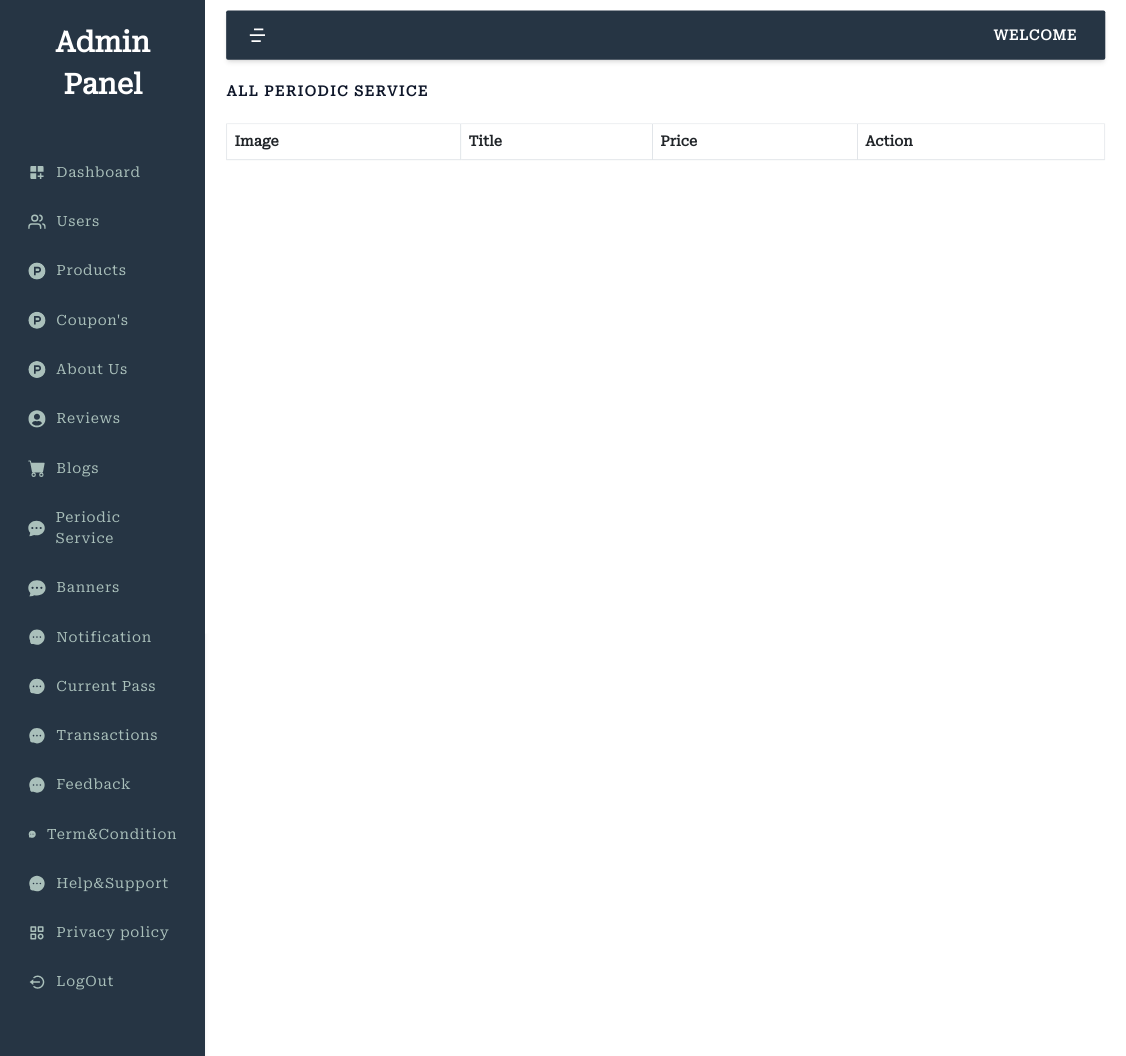
Repository: FlyweisReact/Arun-Chauhan
Page: /complaint
The author's editor kept a copy of each file at every save. The page is drawn from the files as they stood at one save, then again after the next save.
The browser window is 1280 px wide. The pictures show the whole page, at 88% of full size.
Some web libraries are served in a nearby version. The project was rebuilt for these pictures with package versions that can differ from the ones it lists, and the page was loaded fresh each time. Also part of the build but not shown: src/components/forms/Login.jsx, src/components/layout/Navbar.jsx, src/components/layout/Sidebar.jsx, src/components/layout/HOC.jsx, src/components/pages/Dashboard.jsx, src/components/vendorPanel/components/pages/Message/Message.js, src/components/pages/UserKundli/UserKundli.jsx, src/components/pages/discount/Discount.jsx and 27 more.

Above is the page before, as saved 2023-03-14 15:05:15.

### public/index.html
<!-- @format -->

<!DOCTYPE html>
<html lang="en">
  <head>
    <meta charset="utf-8" />
    <!-- <link rel="icon" href="%PUBLIC_URL%/favicon.png" /> -->
    <meta name="viewport" content="width=device-width, initial-scale=1" />
    <meta name="theme-color" content="#000000" />
    <meta
      name="description"
      content="Web site created using create-react-app"
    />
    <link rel="apple-touch-icon" href="%PUBLIC_URL%/favicon.ico?v=2" />



    <link rel="manifest" href="%PUBLIC_URL%/manifest.json" />
    <link rel="preconnect" href="https://fonts.googleapis.com">
    <link rel="preconnect" href="https://fonts.gstatic.com" crossorigin>
    <link href="https://fonts.googleapis.com/css2?family=Roboto+Serif&display=swap" rel="stylesheet">
    <title>Arun   Panel</title>
  </head>
  <body>
    <noscript>You need to enable JavaScript to run this app.</noscript>
    <div id="root"></div>
    <script src="https://code.jquery.com/jquery-3.6.0.min.js"></script>
    <script src="https://kit.fontawesome.com/b533b351e4.js" crossorigin="anonymous"></script>
  </body>
</html>

### src/index.js
import React from "react";
import ReactDOM from "react-dom/client";
import "./index.css";
import App from "./App";
import { BrowserRouter } from "react-router-dom";
import 'bootstrap/dist/css/bootstrap.min.css'

const root = ReactDOM.createRoot(document.getElementById("root"));
root.render(
  <React.StrictMode>
    <BrowserRouter>
      <App />
    </BrowserRouter>
  </React.StrictMode>
);

### src/index.css
/** @format */

@tailwind base;
@tailwind components;
@tailwind utilities;




body {
  margin: 0;
  font-family: 'Roboto Serif', serif  !important;
  -webkit-font-smoothing: antialiased;
  -moz-osx-font-smoothing: grayscale;
}

/* Wcomponents */
.wcomp::-webkit-scrollbar {
  width: 0px;
}
::-webkit-scrollbar {
  width: 0px;
}
::-webkit-scrollbar-track {
  background: #696f78;
}
/* Handle */
::-webkit-scrollbar-thumb {
  background: #b4b8bf;
}

.main-card--container {
  display: grid;
  grid-template-columns: repeat(3, minmax(300px, 500px));
  grid-gap: 50px;
  justify-content: space-around;
}
.card-container {
  margin: 25px 0 auto;
  position: relative;
  display: grid;
  grid-template-columns: 1fr;
  justify-content: space-around;
  align-items: flex-start;
}

.img-thumbnail {
  width: 80px;
}
.img-large {
  max-width: 80%;
}

.formInput {
  padding: 5px;
}

.BannerImg{
  display: grid;
  grid-template-columns: auto auto auto;
  margin: 20px;
  justify-content: space-evenly;
  text-align: center;
}
.BannerImg div{
  box-shadow: rgba(0, 0, 0, 0.35) 0px 5px 15px;
  padding: 10px;

}
.BannerImg img{
  width: 400px;
  height: 200px;
}


li{
  list-style: disc;
}
.carouselImages{
  width: 200px !important;
}
.Car{
  width: 200px !important;
}

.three-Sec{
  display: grid;
  justify-content: space-evenly;
  grid-template-columns: auto auto auto;
  text-align: center;
  color: black;

}
.three-Sec div{
  box-shadow: rgba(0, 0, 0, 0.35) 0px 5px 15px;
  margin-top: 40px;
  padding : 10px;
}
.three-Sec img{
  width: 400px;
}
.three-Sec p{
  font-size: 20px;
  font-weight: bold;
  margin: 0;
}
.three-Sec button{
  border: 1px solid #B80000;
  background-color: #ffff;
  color: #B80000;
  width: 100%;
  padding: 3px;
  margin-top: 10px;
  font-size: 20px;
  transition: 0.5s;
}

.three-Sec button:hover{
  background-color: #B80000;
  color: #ffff;
}

### src/App.js
/** @format */

import { Routes, Route } from "react-router-dom";
import Login from "./components/forms/Login";
import Dashboard from "./components/pages/Dashboard";
import { ToastContainer } from "react-toastify";
import MSG from "./components/vendorPanel/components/pages/Message/Message";
import "react-toastify/dist/ReactToastify.css";
import UserKundli from "./components/pages/UserKundli/UserKundli";
import Discount from "./components/pages/discount/Discount";
import Chat from "./components/pages/reactChat/Chat";
import Horoscope from "./components/pages/horoScope/Horoscope";
import Specification from "./components/pages/SpecificationPage/Specification";
import VendorLogin from "./components/vendorPanel/components/forms/VendorLogin";
import VendorDashboard from "./components/vendorPanel/components/pages/VendorDashboard";
import Fedd from "./components/pages/FeedBack/Fedd";
import Users from "./components/vendorPanel/components/pages/Users/Users";
import TimeSlots from "./components/pages/TimeSlots/TimeSlots";
import Documents from "./components/pages/Documents/Documents";
import Notify from "./components/pages/Notifications/Notify";
import ProductDetail from "./components/pages/FeedBack/ProductDetail";
import Product from "./components/vendorPanel/components/pages/Products/Product";
import Category from "./components/vendorPanel/components/pages/Category/Category";
import Order from "./components/vendorPanel/components/pages/Orders/Order";
import Complaint from "./components/vendorPanel/components/pages/Complaint/Complaint";
import Vendor from "./components/vendorPanel/components/pages/Vendors/Vendor";
import SubCategory from "./components/pages/Subcategory/SubCategory";
import Tour from "./components/vendorPanel/components/pages/Tour";
import Transaction from "./components/vendorPanel/components/pages/Transaction";
import Privacy from "./components/vendorPanel/components/pages/Terms/Privacy";
import Terms from "./components/vendorPanel/components/pages/Terms/Terms";
import Transactions from './components/vendorPanel/components/pages/Users/Transactions'
import CurrentPass from "./components/vendorPanel/components/pages/Users/CurrentPass";
import Offers from "./components/vendorPanel/components/pages/Users/Offers";
import FeedBack from "./components/vendorPanel/components/pages/Users/FeedBack";
import TermsCon from "./components/vendorPanel/components/pages/Users/TermsCon";
import HelpSupport from "./components/vendorPanel/components/pages/Users/HelpSupport";

function App() {
  return (
    <>
      <ToastContainer />

      <Routes>
        <Route path="/vendorLogin" element={<Login />} />
        <Route path="/dashboard" element={<Dashboard />} />
        <Route path="/userkundli" element={<UserKundli />} />
        <Route path="/discount" element={<Discount />} />
        <Route path="/horoscope" element={<Horoscope />} />
        <Route path="/specification" element={<Specification />} />


        <Route path="/chat" element={<Chat />} />
        <Route path="feedback" element={<Fedd />} />
        <Route path="/time" element={<TimeSlots />} />
        <Route path="/document" element={<Documents />} />
        <Route path="/subCategory" element={<SubCategory />} />
        <Route path="/not" element={<Notify />} />
        <Route path="/viewProduct/:id" element={<ProductDetail />} />


        {/* Admin Panel */}
        <Route path="/" element={<VendorLogin />} />
        <Route path="/ven" element={<Vendor />} />
        <Route path="/product" element={<Product />} />
        <Route path="/tour" element={<Tour />} />
        <Route path='/transaction' element={<Transaction />} />
        <Route path="/users" element={<Users />} />
        <Route path="/order" element={<Order />} />
        <Route path="/msg" element={<MSG />} />
        <Route path="/complaint" element={<Complaint />} />
        <Route path="/vendorDashboard" element={<VendorDashboard />} />
        <Route path="/category" element={<Category />} />
        <Route path="/privacy" element={<Privacy />} />
        <Route path="/terms" element={<Terms />} />
        <Route path="/trans" element={<Transactions />} />
        <Route path="/currentPass" element={<CurrentPass />} />
        <Route path="/offers" element={<Offers />} />
        <Route path="/feedBacks" element={<FeedBack />} />
        <Route path="/termsCon" element={<TermsCon />} />
        <Route path='/helpSupport' element={<HelpSupport />} />
      </Routes>
    </>
  );
}

export default App;

### src/components/vendorPanel/components/pages/Complaint/Complaint.js
/** @format */
import React, {  useState } from "react";
import { Table , Modal ,Button , Form} from "react-bootstrap";
import HOC from "../../layout/HOC";



const Complaint = () => {
  const [modalShow, setModalShow] = useState(false);


  function MyVerticallyCenteredModal(props) {
    return (
      <Modal
        {...props}
        size="lg"
        aria-labelledby="contained-modal-title-vcenter"
        centered
      >
        <Modal.Header closeButton>
          <Modal.Title id="contained-modal-title-vcenter">
            Update Help&Support
          </Modal.Title>
        </Modal.Header>
        <Modal.Body>
          <Form>
            <Form.Group className="mb-3">
              <Form.Label>Name</Form.Label>
              <Form.Control
                type="text"
              />
          </Form.Group>
            <Form.Group className="mb-3">
              <Form.Label>Email</Form.Label>
              <Form.Control
                type="text"
              />
            </Form.Group>
            <Button variant="outline-success" type="submit">
              Submit
            </Button>
          </Form>
        </Modal.Body>
        <Modal.Footer></Modal.Footer>
      </Modal>
    );
  }





  return (
    <>

<MyVerticallyCenteredModal
          show={modalShow}
          onHide={() => setModalShow(false)}
        />

      <section>
        <div className="pb-4 sticky top-0  w-full flex justify-between items-center bg-white">
          <span className="tracking-widest text-slate-900 font-semibold uppercase ">
          All Periodic Service
          </span>
        </div>

        <div style={{ maxWidth: "100%", overflow: "auto" }}>
          <Table striped bordered hover>
            <thead>
              <tr>
                <th> Image</th>
                <th> Title</th>
                <th> Price</th>
                <th>Action</th>
              </tr>
            </thead>
            <tbody>

            </tbody>
          </Table>
        </div>
      </section>
    </>
  );
};


export default HOC(Complaint);

### src/components/vendorPanel/components/layout/HOC.jsx
import React, { useState } from "react";
import Navbar from "./Navbar";
import Sidebar from "./Sidebar";

const HOC = (Wcomponenet) => {
  return function Component() {
    const [hamb, setHamb] = useState(false);
    return (
      <>
        <section className="flex overflow-x-hidden relative">
          {/* Sidebar */}
          <div
            className={
              hamb
                ? " absolute top-0 z-30 md:w-auto shadow-md bg-slate-200  w-60 transition-all md:-left-full left duration-150  h-auto overflow-y-auto  left-0 "
                : " md:w-72 z-30 bg-slate-200  shadow-md  md:static absolute top-0 -left-full   transition-all duration-150  overflow-y-auto h-auto"
            }
          >
            <Sidebar hamb={hamb} setHamb={setHamb} />
          </div>
          {/* Components & Navbar */}
          <div
            className={
              hamb
                ? " transition-all px-4 py-2  bg-white duration-150 w-full h-screen"
                : " w-full h-screen  px-4 py-2  bg-white z-50 transition-all duration-150 "
            }
          >
            <Navbar hamb={hamb} setHamb={setHamb} />
            <div className="my-6 text-white h-[87%] wcomp overflow-y-auto">
              <Wcomponenet />
            </div>
          </div>
        </section>
      </>
    );
  };
};

export default HOC;

### src/components/vendorPanel/components/layout/Navbar.jsx
/** @format */

import { RiMenu4Line } from "react-icons/ri";

const Navbar = ({ hamb, setHamb }) => {

  return (
    <>

      <div
        className={
          hamb
            ? "flex  w-full justify-between  my-1 rounded-sm  p-4 py-3 shadow-md items-center  bg-slate-200 space-x-4"
            : "flex  w-full justify-between my-1 rounded-sm  p-4 py-3 shadow-md items-center  bg-slate-200 space-x-4"
        }
        style={{   backgroundColor: "#263544", color : "#fff"}}
      >
        <RiMenu4Line
          onClick={() => setHamb(!hamb)}
          className="text-2xl font-bold text-#fff-900 hover:scale-90 cursor-pointer"
        />

        <section className="flex sm:ml-auto justify-end sm:w-full items-center space-x-2  pr-2">
          <figcaption className="tracking-wider pl-1 font-semibold">
            <div className="lg:text-base text-sm text-#fff-900  uppercase" >
              Welcome
            </div>
          </figcaption>
        </section>


      </div>
    </>
  );
};

export default Navbar;

### src/components/vendorPanel/components/layout/Sidebar.jsx
/** @format */

import React from "react";
import { RiCloseLine } from "react-icons/ri";
import { Link, useNavigate } from "react-router-dom";
import { BsFillCartFill } from "react-icons/bs";
import { BiLogOutCircle ,BiCategory } from "react-icons/bi";
import { MdDashboardCustomize } from "react-icons/md";
import { BsFillChatDotsFill } from "react-icons/bs";
import { AiFillMessage } from "react-icons/ai";
import {FaProductHunt , FaUserCircle} from 'react-icons/fa'
import {FiUsers} from 'react-icons/fi'

const Sidebar = ({ hamb, setHamb }) => {
  const navigate = useNavigate();

  const nav = [
    {
      icon: <MdDashboardCustomize className="text-xl mr-3 rounded-full " />,
      link: "/vendorDashboard",
      name: "Dashboard",
    },
    {
      icon: <FiUsers className="text-xl mr-3" />,
      link: "/ven",
      name: "Users",
    },
    {
      icon: <FaProductHunt className="text-xl mr-3 rounded-full " />,
      link: "/tour",
      name: "Products",
    },
    {
      icon: <FaProductHunt className="text-xl mr-3 rounded-full " />,
      link: "/product",
      name: "Coupon's",
    },
    {
      icon: <FaProductHunt className="text-xl mr-3 rounded-full " />,
      link: "/transaction",
      name: "About Us",
    },
    {
      icon: <FaUserCircle className="text-xl mr-3" />,
      link: "/users",
      name: "Reviews",
    },
    {
      icon: <BsFillCartFill className="text-xl mr-3" />,
      link: "/order",
      name: "Blogs",
    },
    {
      icon: <BsFillChatDotsFill className="text-xl mr-3" />,
      link: "/complaint",
      name: "Periodic Service",
    },
    {
      icon: <BsFillChatDotsFill className="text-xl mr-3" />,
      link: "/offers",
      name: "Banners",
    },
    {
      icon: <AiFillMessage className="text-xl mr-3 rounded-full " />,
      link: "/msg",
      name: "Notification",
    },
    {
      icon: <AiFillMessage className="text-xl mr-3 rounded-full " />,
      link: "/currentPass",
      name: "Current Pass",
    },
    {
      icon: <AiFillMessage className="text-xl mr-3 rounded-full " />,
      link: "/trans",
      name: "Transactions",
    },
    {
      icon: <AiFillMessage className="text-xl mr-3 rounded-full " />,
      link: "/feedBacks",
      name: "Feedback",
    },
    {
      icon: <AiFillMessage className="text-xl mr-3 rounded-full " />,
      link: "/termsCon",
      name: "Term&Condition",
    },
    {
      icon: <AiFillMessage className="text-xl mr-3 rounded-full " />,
      link: "/helpSupport",
      name: "Help&Support",
    },
    {
      icon: <BiCategory className="text-xl mr-3" />,
      link: "/privacy",
      name: "Privacy policy",
    }
  ];

  const logOut = () => {
    localStorage.removeItem("token");
    navigate("/vendorLogin");
  };

  return (
    <>
      <div className="p-4 h-auto"   style={{
          backgroundColor: "#263544",
          minHeight : '100vh'
        }}>
        {/* Top */}
        <div className="w-full md:hidden relative  p-2 mb-4">
          <RiCloseLine
            onClick={() => setHamb(!hamb)}
            className="text-3xl  absolute top-2 sm:hover:rotate-[228deg] transition-transform font-bold right-2 sm:hover:text-[22px] text-[rgb(241,146,46)] cursor-pointer"
          />
        </div>
        {/* Logo */}
        <figure className="flex  flex-col items-center">
        <span
            className="font-bold text-[rgb(241,146,46)]"
            style={{ fontSize: "2rem", textAlign: "center", color: "#fff" }}
          >
            Admin Panel
          </span>
        </figure>
        {/* Nav-menu */}
        <nav className="py-6">
          {nav.map((nav) => {
            return (
              <Link to={nav.link} key={nav.name} className="" style={{textDecoration : 'none'}}>
                <span className="flex my-3 items-center cursor-pointer    tracking-wider p-2 rounded-sm"  style={{ color: "#aac0bb"  , textDecoration : 'none'}}>
                  {nav.icon} {nav.name}
                </span>
              </Link>
            );
          })}
          <span
            className="flex my-3 items-center cursor-pointer   tracking-wider p-2 rounded-sm"
            onClick={() => logOut()}
            style={{ color: "#aac0bb" }}
          >
            <BiLogOutCircle className="text-xl mr-3 rounded-full " /> LogOut
          </span>
        </nav>
      </div>
    </>
  );
};

export default Sidebar;

Loaded but not shown: tailwind.config.js (common file)

After the next save:
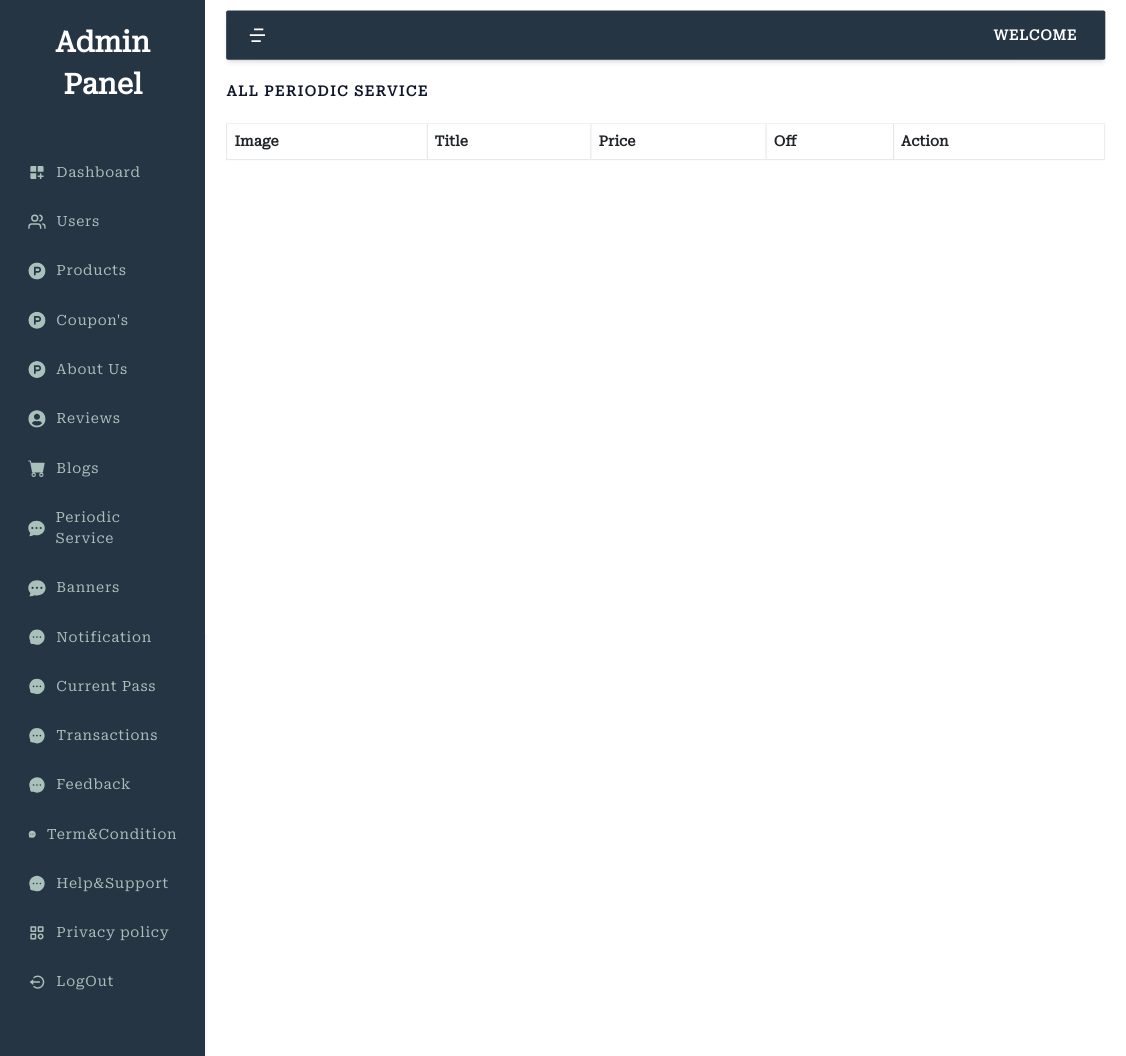
Saved 5 s later.
--- a/src/components/vendorPanel/components/pages/Complaint/Complaint.js
+++ b/src/components/vendorPanel/components/pages/Complaint/Complaint.js
@@ -72,6 +72,7 @@ const Complaint = () => {
                 <th> Image</th>
                 <th> Title</th>
                 <th> Price</th>
+                <th> Off</th>
                 <th>Action</th>
               </tr>
             </thead>
